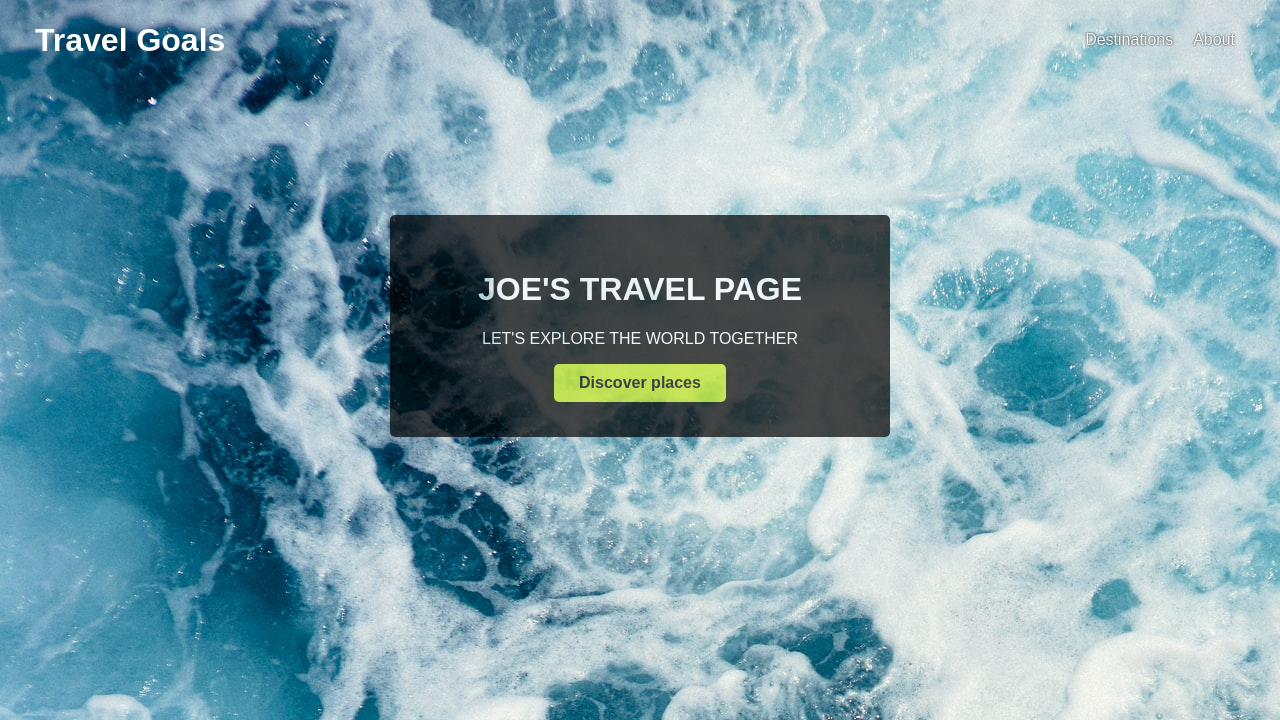
Repository: Harjot00/Wevdev
Page: Travel/index.html
The author's editor kept a copy of each file at every save. The page is drawn from the files as they stood at one save, then again after the next save.
The browser window is 1280 px wide. The pictures show the whole page.

Above is the page before, as saved 2022-05-07 02:37:33.

After the next save:
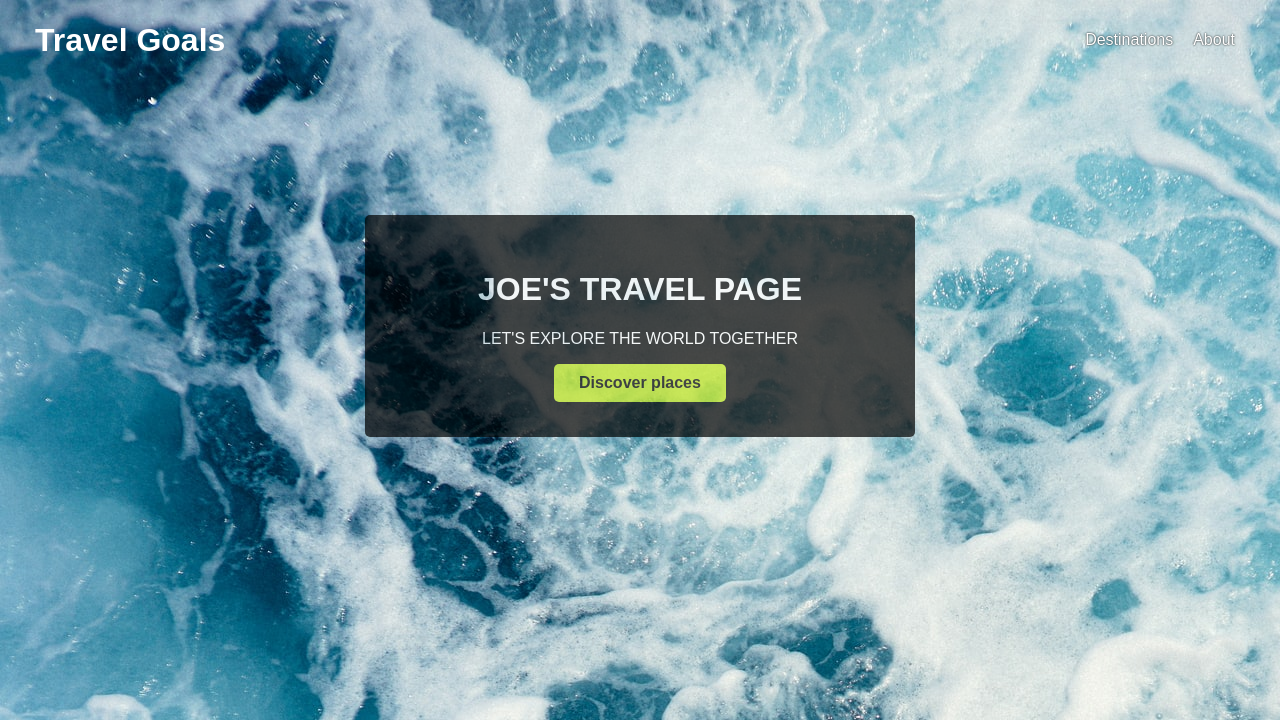
Saved 18 s later.
--- a/Travel/style.css
+++ b/Travel/style.css
@@ -33,7 +33,7 @@ li a{
     text-shadow: black 0px 0px 2px;
 }
 #centercontent{
-    padding:35px 0px 35px 0px;
+    padding:35px 25px 35px 25px;
     text-align: center;
     margin:150px auto;
     background-color:black ;
